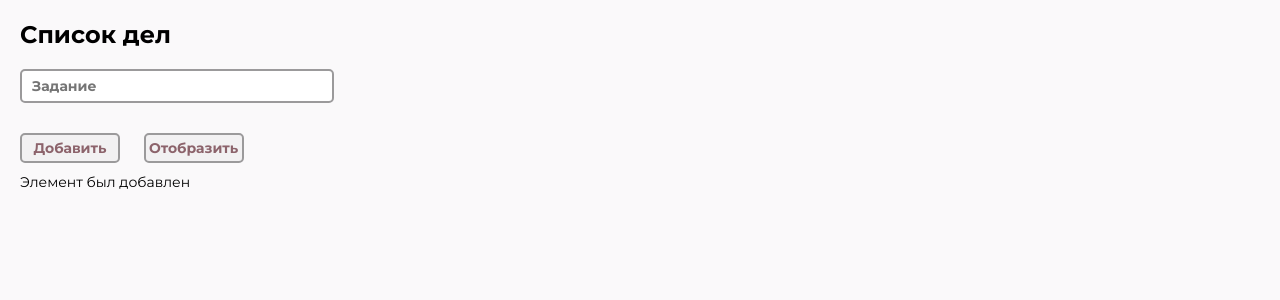
Repository: andbaik/it_unit9
Page: index.html
An editor plug-in stored every save of this project. The page is shown before and after the next save, followed by the edit.
The browser window is 1280 px wide. The pictures show the whole page.

Above is the page before, as saved 2021-04-06 22:14:00.

After the next save:
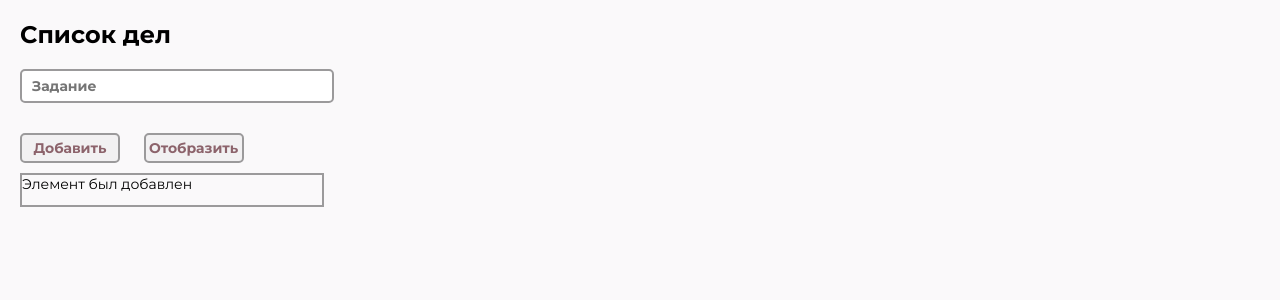
Saved 24 s later.
--- a/css/style.css
+++ b/css/style.css
@@ -51,7 +51,7 @@ section .btn-block{
 .result {
     width: 300px;
     height: 30px;
-    border: 2px solid #;
+    border: 2px solid #9B9A9B;
 }
 
 /*
